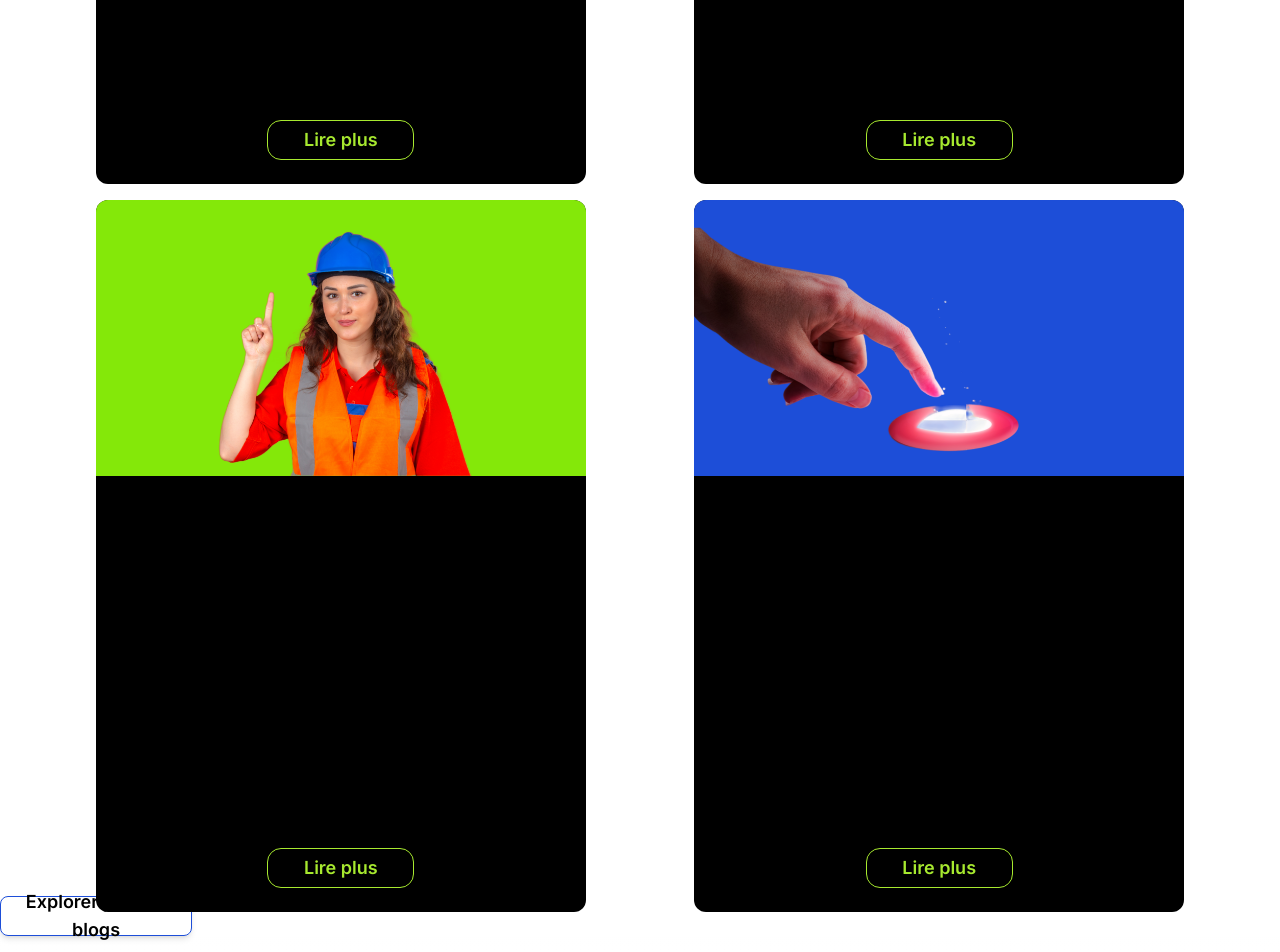
Repository: NassimeElkamari/test
Page: /blogs
The author's editor kept a copy of each file at every save. The page is drawn from the files as they stood at one save, then again after the next save.
The browser window is 1280 px wide. The pictures show the part of the page from y = 1219 to 2171 px (the page is 2171 px tall before and 2163 px after).
The project was rebuilt for these pictures with package versions that can differ from the ones it lists, and the page was loaded fresh each time. The framework's server and built-in components were replaced by stand-ins that run in the browser. Also part of the build but not shown: next.config.mjs.

Above is the page before, as saved 2024-06-12 16:02:13.

After the next save:
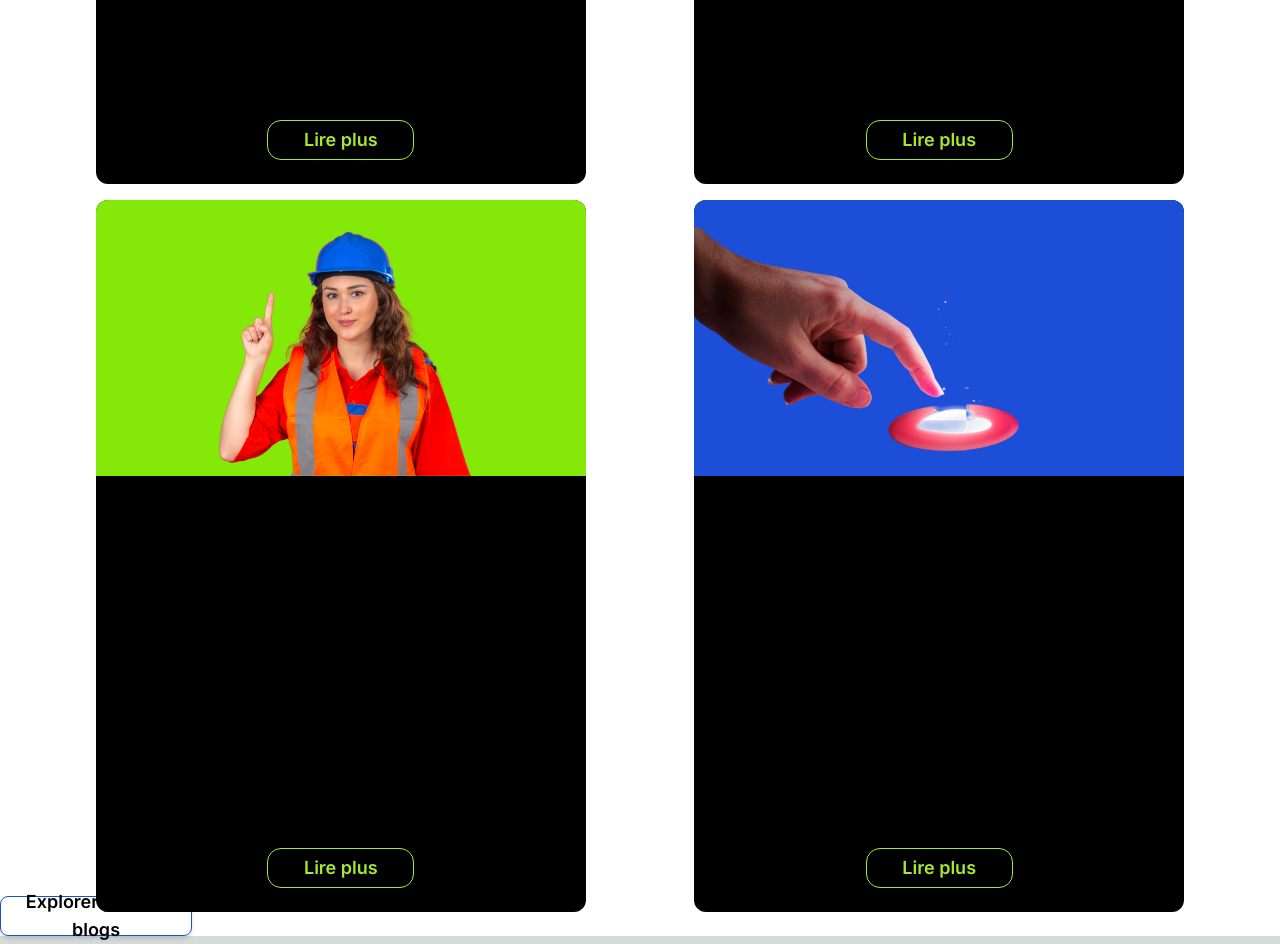
Saved 18 s later.
--- a/src/app/blogs/page.tsx
+++ b/src/app/blogs/page.tsx
@@ -64,7 +64,7 @@ const Blog = () => {
       </div>
 
     </div>
-    <div className="bg-transparent rounded-lg shadow-md w-[15%] text-center h-10 mb-4 border border-[#1D4ED8] flex items-center justify-center">
+    <div className="bg-transparent rounded-lg shadow-md w-[15%] text-center h-10 border border-[#1D4ED8] flex items-center justify-center">
               <h2 className="text-lg font-semibold">Explorer plus de blogs </h2>
             </div>
 
